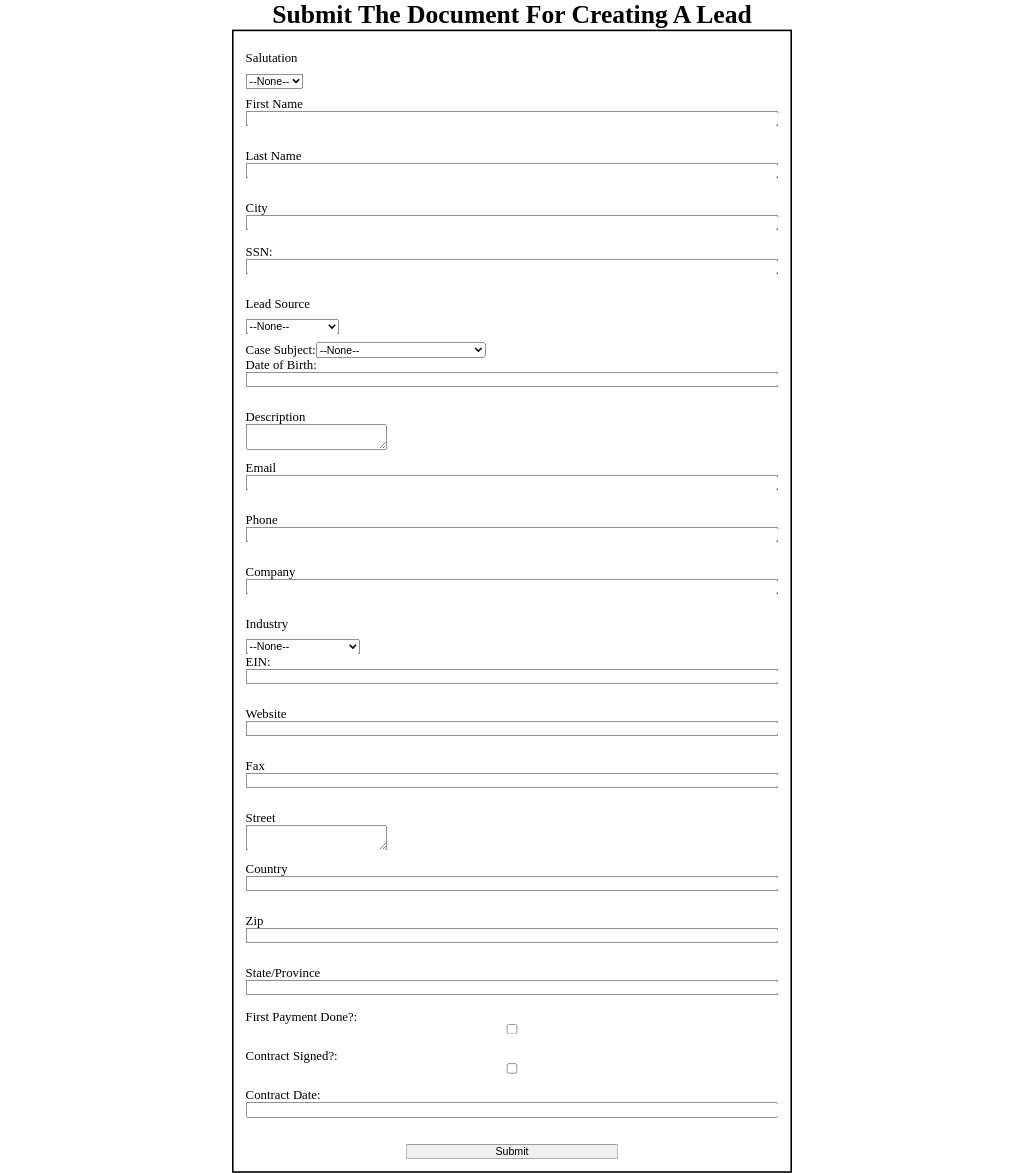
Repository: yaseminvural99/changeForce
Page: index.html
An editor plug-in stored every save of this project. The page is shown before and after a run of saves, followed by the edit.
The browser window is 1280 px wide. The pictures show the whole page, at 80% of full size.

Above is the page before, as saved 2024-04-26 21:59:39.

### index.html
<!DOCTYPE html>
<html lang="en">
<head>
    <meta charset="UTF-8">
    <meta name="'viewport" content="width=device-width, initial-scale=1.0">
    <title>Document</title>
    <link rel="stylesheet" href="style.css">
    <script>

    </script>
</head>
<body>
    <h1>Submit The Document For Creating A Lead</h1>

<META HTTP-EQUIV="Content-type" CONTENT="text/html; charset=UTF-8">


    <form action="https://test.salesforce.com/servlet/servlet.WebToLead?encoding=UTF-8&orgId=00DU8000000LYuv" method="POST">

    <input type=hidden name="oid" value="00DU8000000LYuv">
    <input type=hidden name="retURL" value="http://">


    <label for="salutation">Salutation</label><select  id="salutation" name="salutation"><option value="">--None--</option><option value="Mr.">Mr.</option>
    <option value="Ms.">Ms.</option>
    <option value="Mrs.">Mrs.</option>
    <option value="Dr.">Dr.</option>
    <option value="Prof.">Prof.</option>
    <option value="Mx.">Mx.</option>
    </select><br>

    <label for="first_name">First Name</label><input  id="first_name"  name="first_name" size="20" type="text" /><br>

    <label for="last_name">Last Name</label><input  id="last_name"  name="last_name" size="20" type="text" /><br>

    <label for="city">City</label><input  id="city" name="city" size="20" type="text" /><br>

    SSN:<input  id="00NU8000000K5Zp"  name="00NU8000000K5Zp" size="20" type="text" /><br>

    <label for="lead_source">Lead Source</label><select  id="lead_source" name="lead_source"><option value="">--None--</option><option value="Web">Web</option>
    <option value="Phone Inquiry">Phone Inquiry</option>
    <option value="Partner Referral">Partner Referral</option>
    <option value="Purchased List">Purchased List</option>
    <option value="Other">Other</option>
    </select><br>

    Case Subject:<select  id="00NU8000000K5Wb" name="00NU8000000K5Wb" title="Case Subject"><option value="">--None--</option><option value="Affirmative Asylum">Affirmative Asylum</option>
    <option value="AOS Through Asylum">AOS Through Asylum</option>
    <option value="AOS Through Lottery">AOS Through Lottery</option>
    <option value="AOS Through Marriage">AOS Through Marriage</option>
    <option value="Change of Status (B2-F1/J1-F1)">Change of Status (B2-F1/J1-F1)</option>
    <option value="Company Formation">Company Formation</option>
    <option value="Consular Processing (Marriage)">Consular Processing (Marriage)</option>
    <option value="Defensive Asylum (!Non-NTA)">Defensive Asylum (!Non-NTA)</option>
    <option value="Defensive Asylum (Non-NTA)">Defensive Asylum (Non-NTA)</option>
    <option value="Defensive Asylum (NTA)">Defensive Asylum (NTA)</option>
    <option value="E-2 (Change of status)">E-2 (Change of status)</option>
    <option value="E-2 visa">E-2 visa</option>
    <option value="General Immigration">General Immigration</option>
    <option value="I-130 (Marriage)">I-130 (Marriage)</option>
    <option value="I-601A Waiver">I-601A Waiver</option>
    <option value="I-730 (Asylee Relative Petition)">I-730 (Asylee Relative Petition)</option>
    <option value="I-751 (Removing Conditions)">I-751 (Removing Conditions)</option>
    <option value="I-765">I-765</option>
    <option value="J-1 2 Year Rule Waiver">J-1 2 Year Rule Waiver</option>
    <option value="K-1 visa">K-1 visa</option>
    <option value="Mandamus">Mandamus</option>
    <option value="Naturalization">Naturalization</option>
    <option value="Personal Injury">Personal Injury</option>
    <option value="Uncontested Divorce">Uncontested Divorce</option>
    <option value="U visa">U visa</option>
    <option value="VAWA">VAWA</option>
    </select><br>

    Date of Birth:<span class="dateInput dateOnlyInput"><input  id="00NU8000000K5bR" name="00NU8000000K5bR" size="12" type="text" /></span><br>

    <label for="description">Description</label><textarea name="description"></textarea><br>

    <label for="email">Email</label><input  id="email"  name="email" size="20" type="text" /><br>

    <label for="phone">Phone</label><input  id="phone" name="phone" size="20" type="text" /><br>

    <label for="company">Company</label><input  id="company" name="company" size="20" type="text" /><br>

    <label for="industry">Industry</label><select  id="industry" name="industry"><option value="">--None--</option><option value="Agriculture">Agriculture</option>
    <option value="Apparel">Apparel</option>
    <option value="Banking">Banking</option>
    <option value="Biotechnology">Biotechnology</option>
    <option value="Chemicals">Chemicals</option>
    <option value="Communications">Communications</option>
    <option value="Construction">Construction</option>
    <option value="Consulting">Consulting</option>
    <option value="Education">Education</option>
    <option value="Electronics">Electronics</option>
    <option value="Energy">Energy</option>
    <option value="Engineering">Engineering</option>
    <option value="Entertainment">Entertainment</option>
    <option value="Environmental">Environmental</option>
    <option value="Finance">Finance</option>
    <option value="Food &amp; Beverage">Food &amp; Beverage</option>
    <option value="Government">Government</option>
    <option value="Healthcare">Healthcare</option>
    <option value="Hospitality">Hospitality</option>
    <option value="Insurance">Insurance</option>
    <option value="Machinery">Machinery</option>
    <option value="Manufacturing">Manufacturing</option>
    <option value="Media">Media</option>
    <option value="Not For Profit">Not For Profit</option>
    <option value="Recreation">Recreation</option>
    <option value="Retail">Retail</option>
    <option value="Shipping">Shipping</option>
    <option value="Technology">Technology</option>
    <option value="Telecommunications">Telecommunications</option>
    <option value="Transportation">Transportation</option>
    <option value="Utilities">Utilities</option>
    <option value="Other">Other</option>
    </select><br>

    EIN:<input  id="00NU8000000K5YD"  name="00NU8000000K5YD" size="20" type="text" /><br>

    <label for="url">Website</label><input  id="url" name="url" size="20" type="text" /><br>

    <label for="fax">Fax</label><input  id="fax" name="fax" size="20" type="text" /><br>

    <label for="street">Street</label><textarea name="street"></textarea><br>

    <label for="country">Country</label><input  id="country"  name="country" size="20" type="text" /><br>

    <label for="zip">Zip</label><input  id="zip"name="zip" size="20" type="text" /><br>

    <label for="state">State/Province</label><input  id="state"  name="state" size="20" type="text" /><br>

    First Payment Done?:<input  id="00NU8000000K5d3" name="00NU8000000K5d3" type="checkbox" value="1" /><br>

    Contract Signed?:<input  id="00NU8000000K5gH" name="00NU8000000K5gH" type="checkbox" value="1" /><br>

    Contract Date:<span class="dateInput dateOnlyInput"><input  id="00NU8000000K5ef" name="00NU8000000K5ef" size="12" type="text" /></span><br>

    <input type="submit" name="submit">

    </form>
</body>
</html>

### style.css
*{
    margin: 0;
    padding: 0;
    box-sizing: border-box;
}
h1{
    text-align: center;
}
label, input{
    display: block;

}
label{
    margin-top: 10px;
}
input{
    width: 100%;
}
form{
    min-width: 500px;
    max-width: 700px;
    margin: 0 auto;
    border: 2px solid black;
    padding: 15px;
}
select{
    margin-top: 10px;

}
option{
    margin-top: 10px;


}
input[type="submit"]{
    margin: 15px auto 0 auto;
    width: 40%;


}

After the next 6 saves:
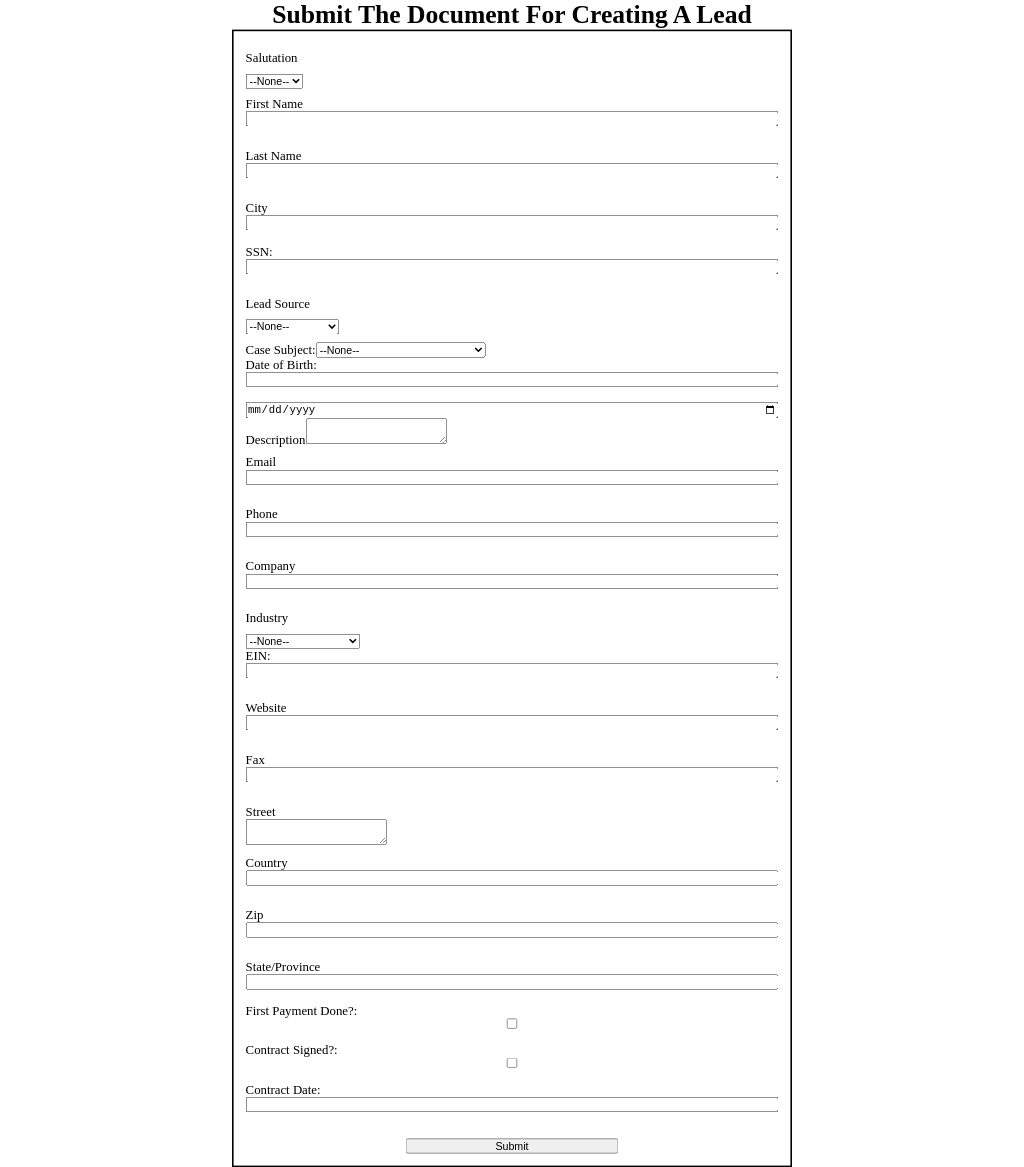
The 6 saves are shown as one change because they came seconds apart.
The last was saved 67 s later.
--- a/index.html
+++ b/index.html
@@ -73,7 +73,7 @@
     </select><br>
 
     Date of Birth:<span class="dateInput dateOnlyInput"><input  id="00NU8000000K5bR" name="00NU8000000K5bR" size="12" type="text" /></span><br>
-
+    <input type="date"
     <label for="description">Description</label><textarea name="description"></textarea><br>
 
     <label for="email">Email</label><input  id="email"  name="email" size="20" type="text" /><br>
